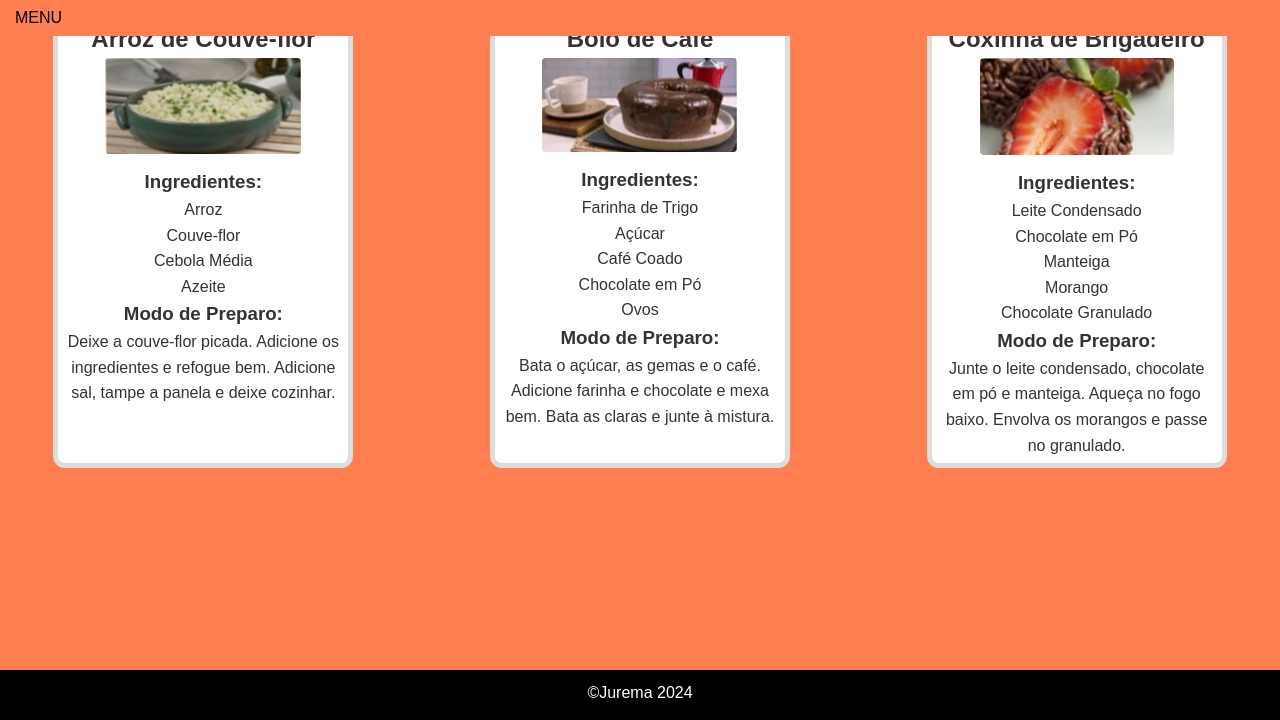
Repository: devropaes/RECEITAS
Page: OneDrive/Área de Trabalho/Estudos/Estácio/receitas/receitas.html
The author's editor kept a copy of each file at every save. The page is drawn from the files as they stood at one save, then again after the next save.
The browser window is 1280 px wide. The pictures show the whole page.

Above is the page before, as saved 2024-03-15 10:53:36.

After the next save:
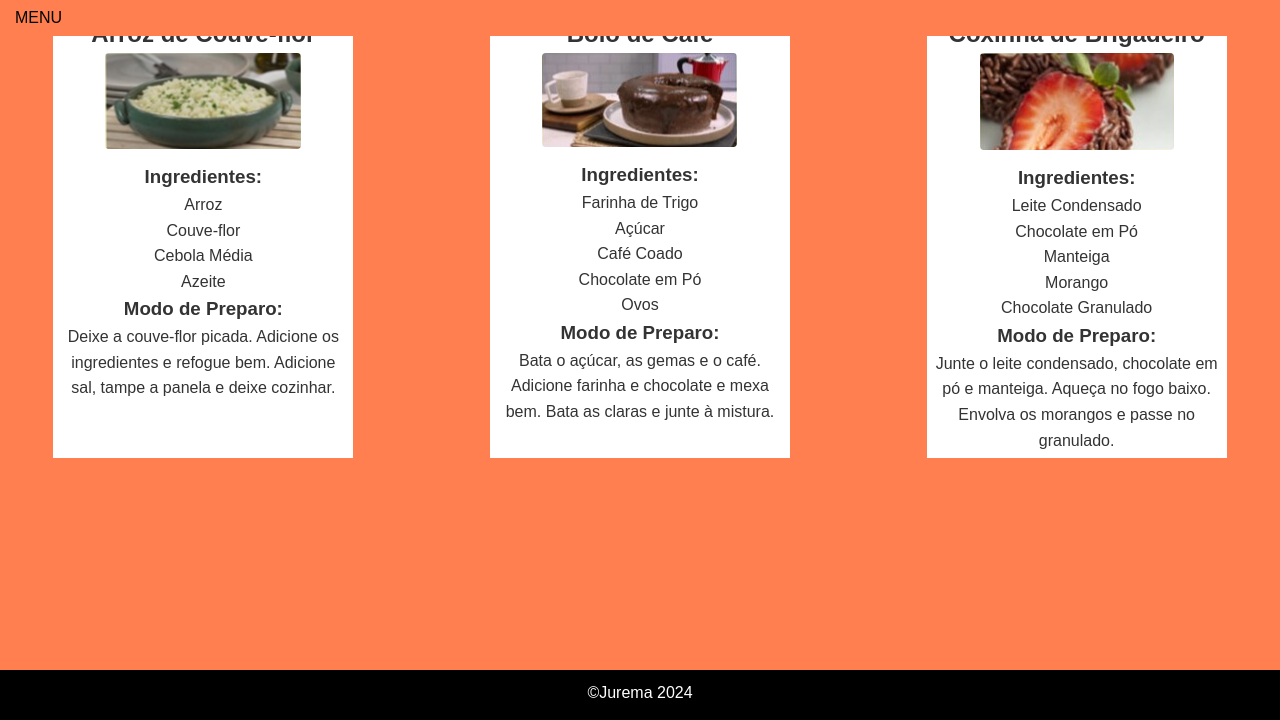
Saved 29 s later.
--- a/OneDrive/Área de Trabalho/Estudos/Estácio/receitas/receitas.css
+++ b/OneDrive/Área de Trabalho/Estudos/Estácio/receitas/receitas.css
@@ -15,8 +15,6 @@
 .receita {
     background-color:var(--cor-hover);
     padding: 5px;
-    border: 5px solid #ddd;
-    border-radius: 12px;
     width: 300px;
 }
 .receita img {
